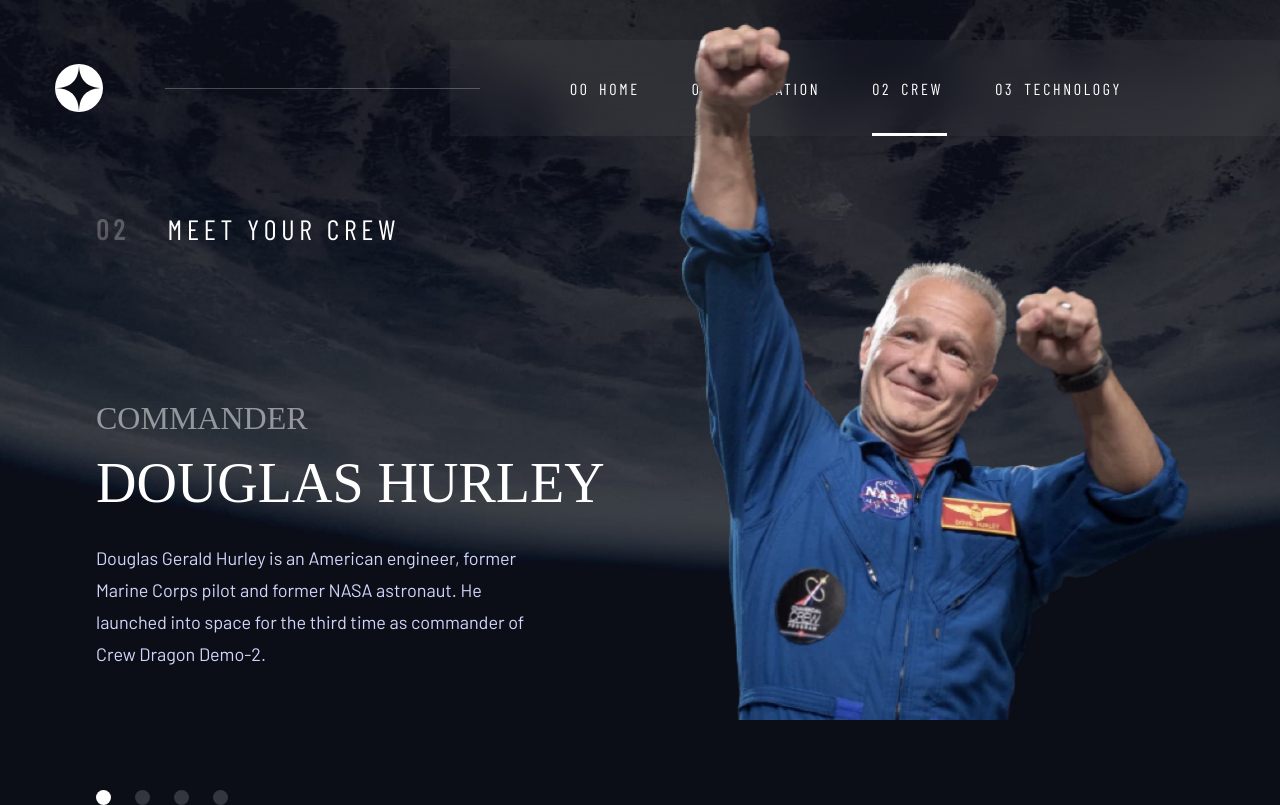
Repository: devbastos/turismo-no-espaco
Page: crew.html
The author's editor kept a copy of each file at every save. The page is drawn from the files as they stood at one save, then again after the next save.
The browser window is 1280 px wide. The pictures show the whole page.
Some web fonts or font styles are not loaded; a fallback is used.

Above is the page before, as saved 2022-01-31 22:50:55.

After the next save:
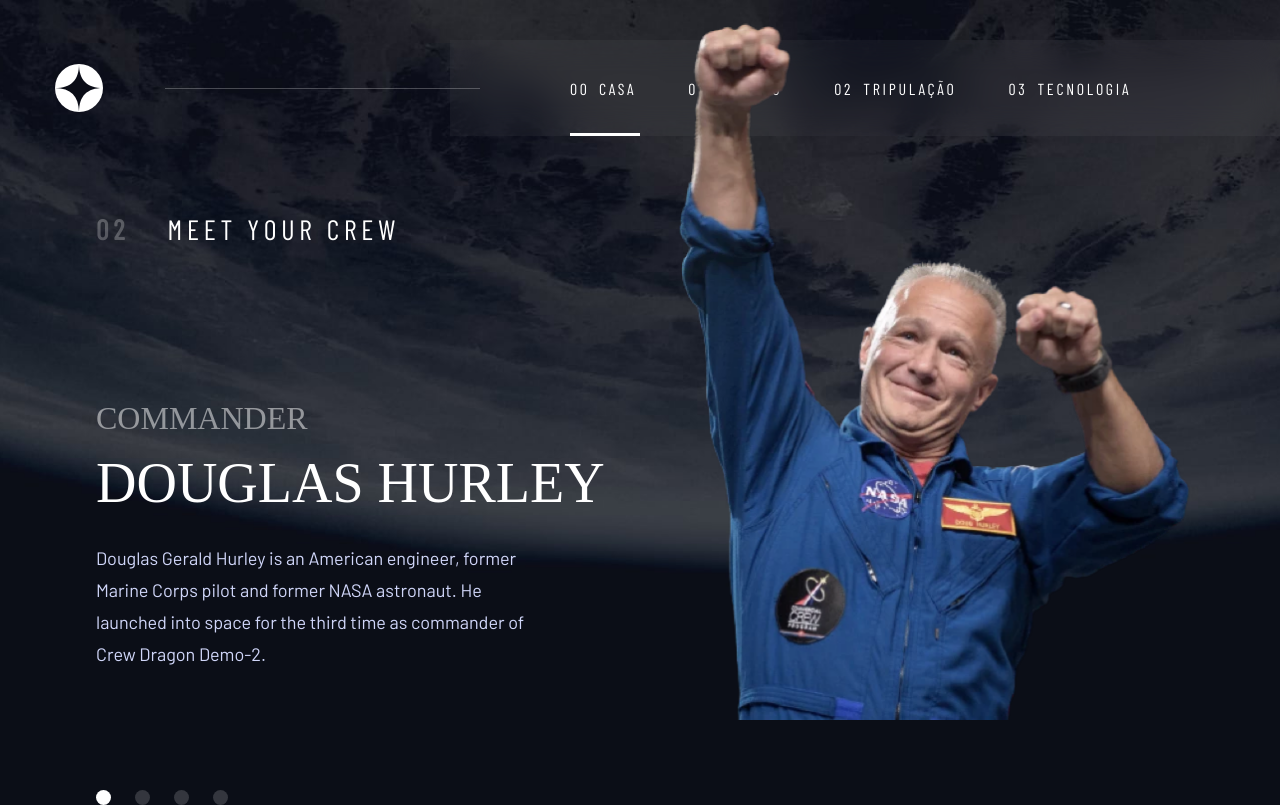
Saved 2 s later.
--- a/crew.html
+++ b/crew.html
@@ -17,10 +17,10 @@
     </div>
     <div class="header-menu">
       <ul class="header-menu__items">
-        <li class="header-menu__item"><a href="./index.html">Home</a></li>
-        <li class="header-menu__item"><a href="./destination.html">Destination</a></li>
-        <li class="header-menu__item active"><a href="./crew.html">Crew</a></li>
-        <li class="header-menu__item"><a href="./technology.html">Technology</a></li>
+        <li class="header-menu__item active"><a href="./index.html">Casa</a></li>
+        <li class="header-menu__item"><a href="./destination.html">Destino</a></li>
+        <li class="header-menu__item"><a href="./crew.html">Tripulação</a></li>
+        <li class="header-menu__item"><a href="./technology.html">Tecnologia</a></li>
       </ul>
     </div>
     <button class="hamburger">
